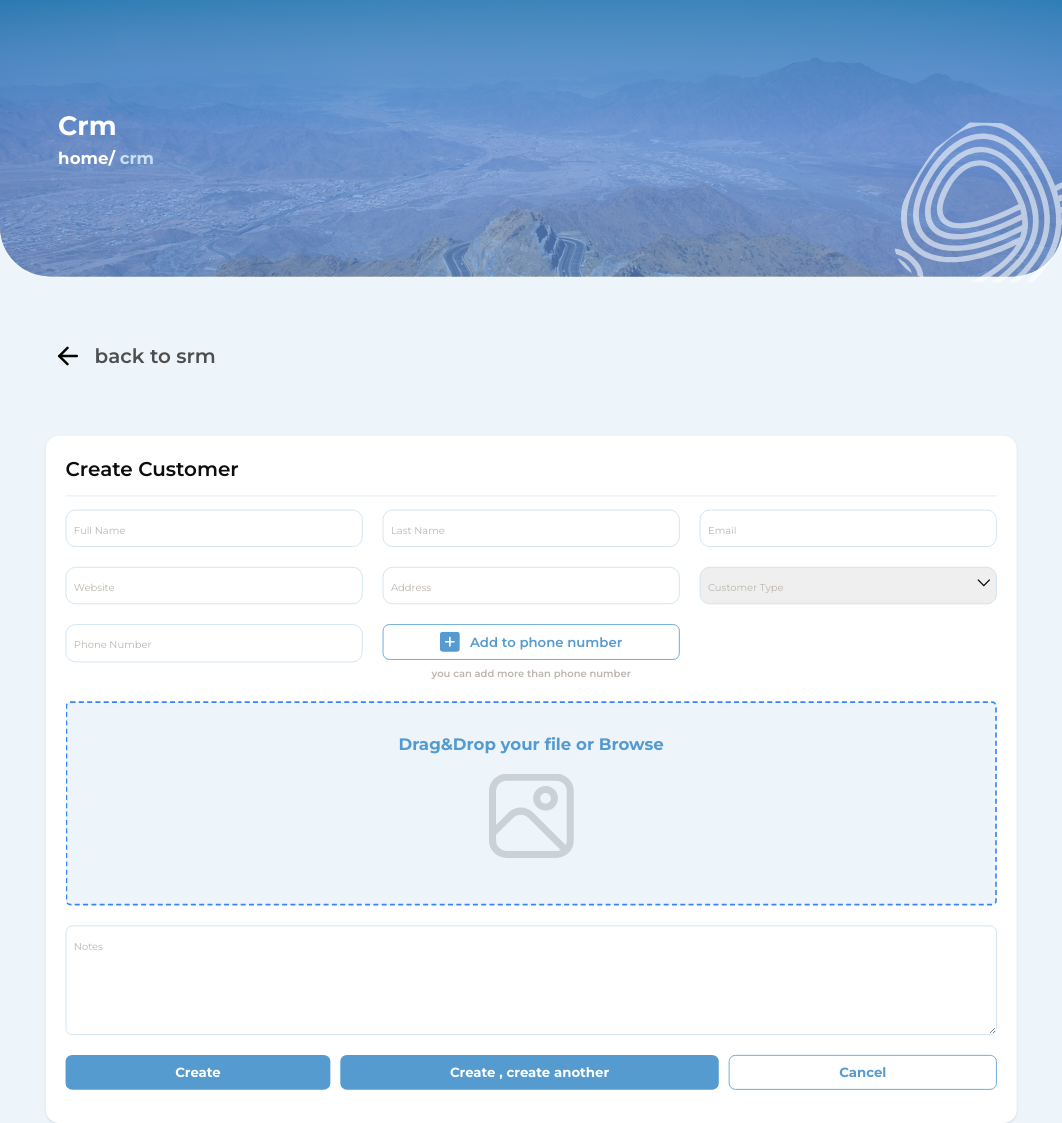
Repository: Abdelrhman-asker-smart/JsdcPIF
Page: create-customer.html
An editor plug-in stored every save of this project. The page is shown before and after the next save, followed by the edit.
The browser window is 1280 px wide. The pictures show the whole page, at 83% of full size.
Some web libraries are served in a nearby version.

Above is the page before, as saved 2025-03-09 14:37:44.

After the next save:
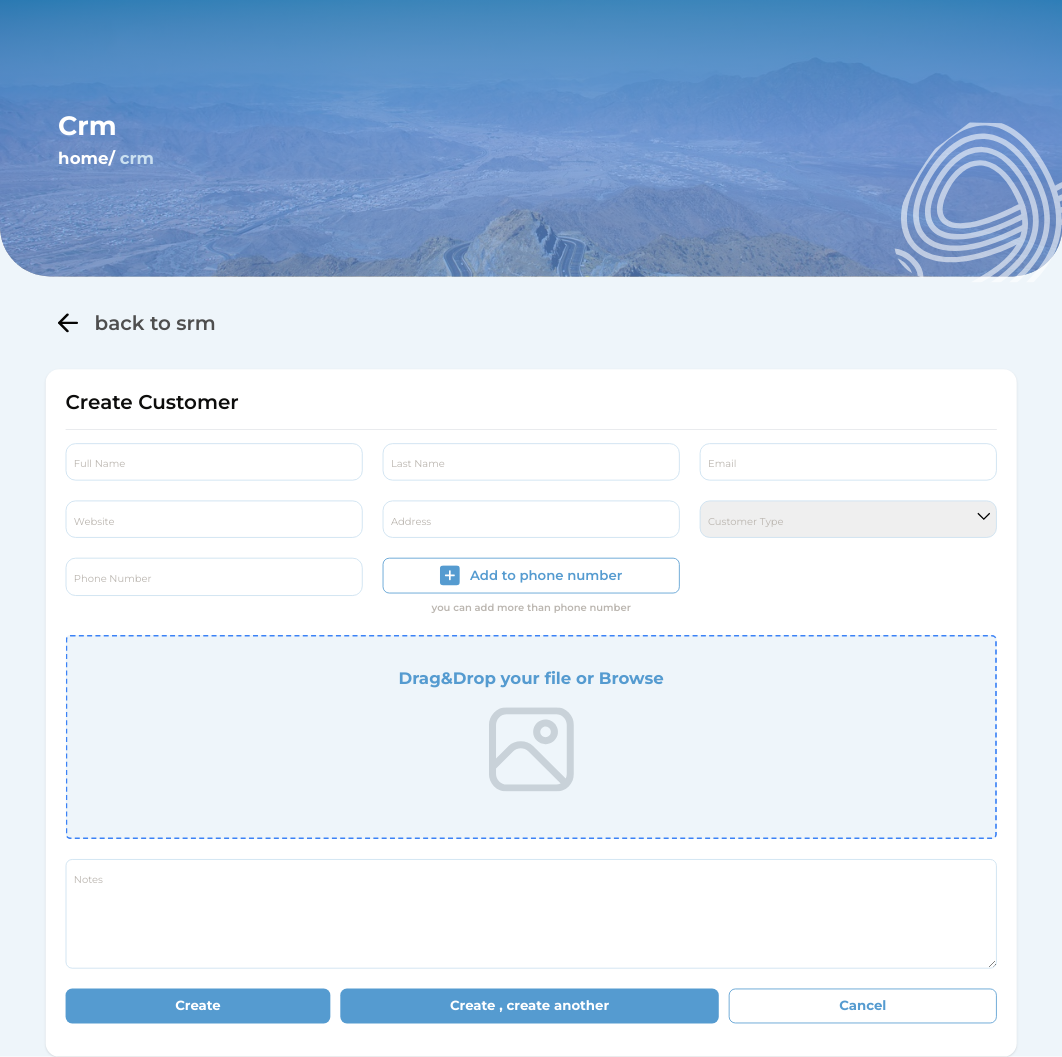
Saved 4 s later.
--- a/create-customer.html
+++ b/create-customer.html
@@ -113,7 +113,7 @@
     </div>
   </div>
   <!-- Back Button -->
-  <div class="container flex items-center gap-5 my-20">
+  <div class="container flex items-center gap-5 my-10">
     <svg width="24" height="24" viewBox="0 0 24 24" fill="none" xmlns="http://www.w3.org/2000/svg">
       <g clip-path="url(#clip0_318_2435)">
         <path d="M22.5469 12H1.45312" stroke="#050504" stroke-width="3" stroke-linecap="round"
